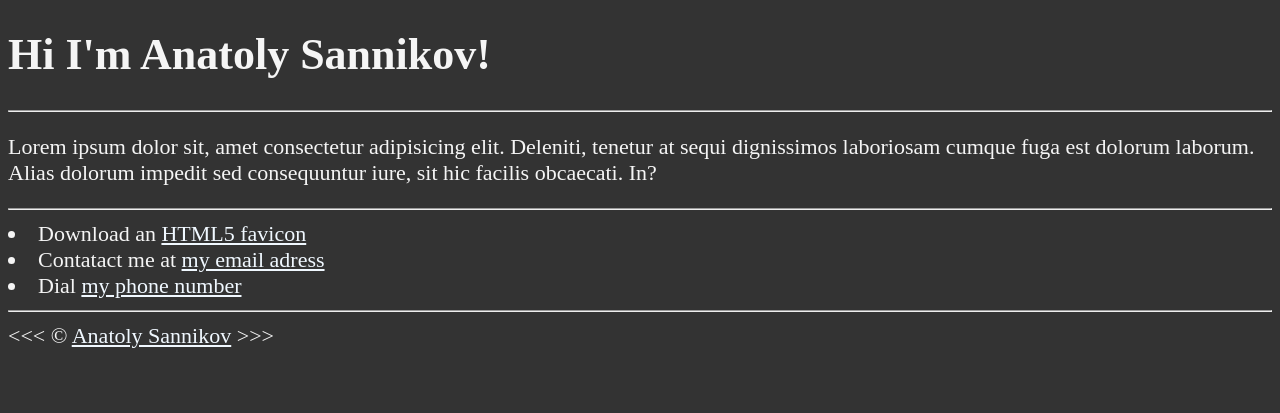
Repository: sannikovcode/exercises-a1
Page: JS/test1/task3/about.html
The author's editor kept a copy of each file at every save. The page is drawn from the files as they stood at one save, then again after the next save.
The browser window is 1280 px wide. The pictures show the whole page.

Above is the page before, as saved 2025-10-13 15:28:30.

After the next save:
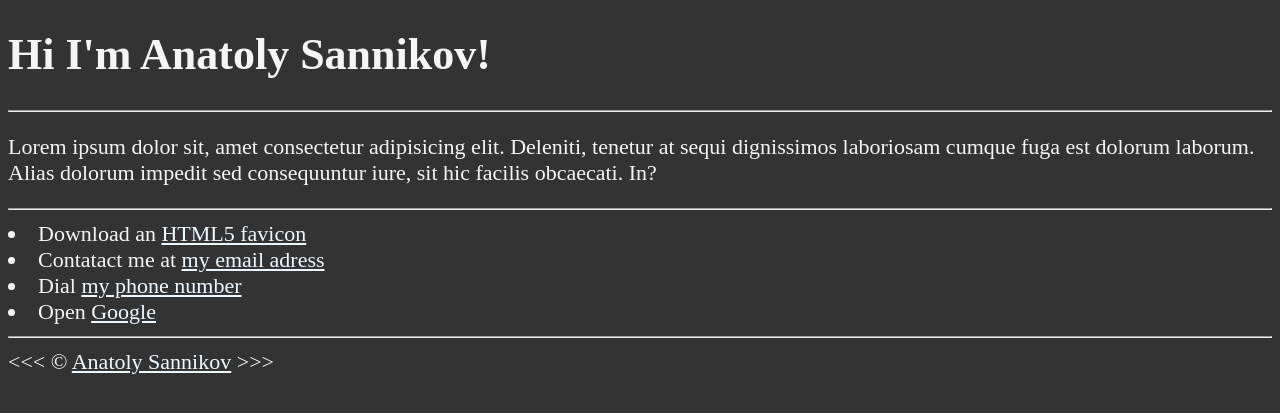
Saved 77 s later.
--- a/JS/test1/task3/about.html
+++ b/JS/test1/task3/about.html
@@ -38,6 +38,9 @@
             Dial <a href="tel:+1234567890">my phone number
             </a>
         </li>
+        <li>
+            Open <a href="https://www.google.com/"target="_blank">Google</a>
+        </li>
 
 
     <hr>
